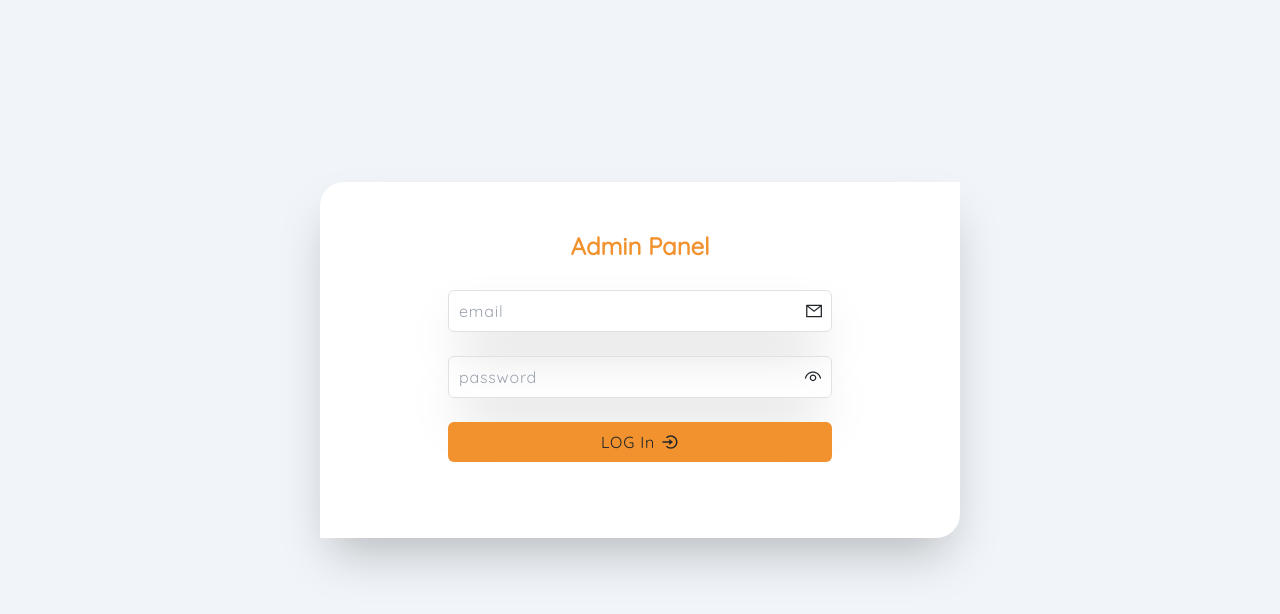
Repository: FlyweisReact/GPS-Tracker
Page: /
The author's editor kept a copy of each file at every save. The page is drawn from the files as they stood at one save, then again after the next save.
The browser window is 1280 px wide. The pictures show the whole page.
Some web libraries are served in a nearby version. The project was rebuilt for these pictures with package versions that can differ from the ones it lists, and the page was loaded fresh each time. Also part of the build but not shown: src/components/pages/Dashboard.jsx, src/components/pages/Customers/Customers.js, src/components/pages/Terms&Condition/Terms.js, src/components/pages/PrivacyPolicy/Privacy.js, src/components/pages/Help/Help.js, src/components/pages/Labours/Labour.js, src/components/pages/GenerateId/GenerateId.js, src/components/pages/Notifications/NotifyLabour.js and 9 more. Imported but missing from the stored project, and not drawn on this page: src/components/layout/HOC, src/components/pages/Cat/Cat, src/components/pages/Payment/Servie.

Above is the page before, as saved 2023-06-30 16:03:07.

After the next save:
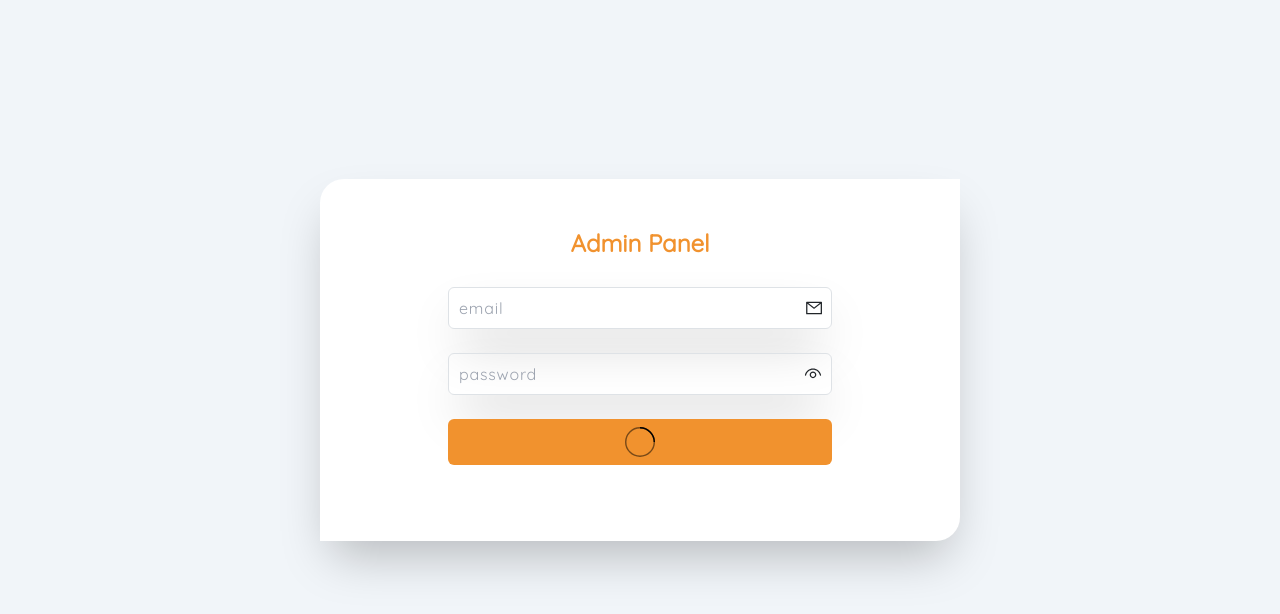
Saved 11 s later.
--- a/src/components/forms/Login.jsx
+++ b/src/components/forms/Login.jsx
@@ -13,7 +13,7 @@
   const [pass, setPass] = useState(false);
   const [inputpass, setInputpass] = useState(false);
   const navigate = useNavigate();
-  const [loading, setLoading] = useState(false);
+  const [loading, setLoading] = useState(true);
 
   const login = async (e) => {
     e.preventDefault();

After the save that followed:
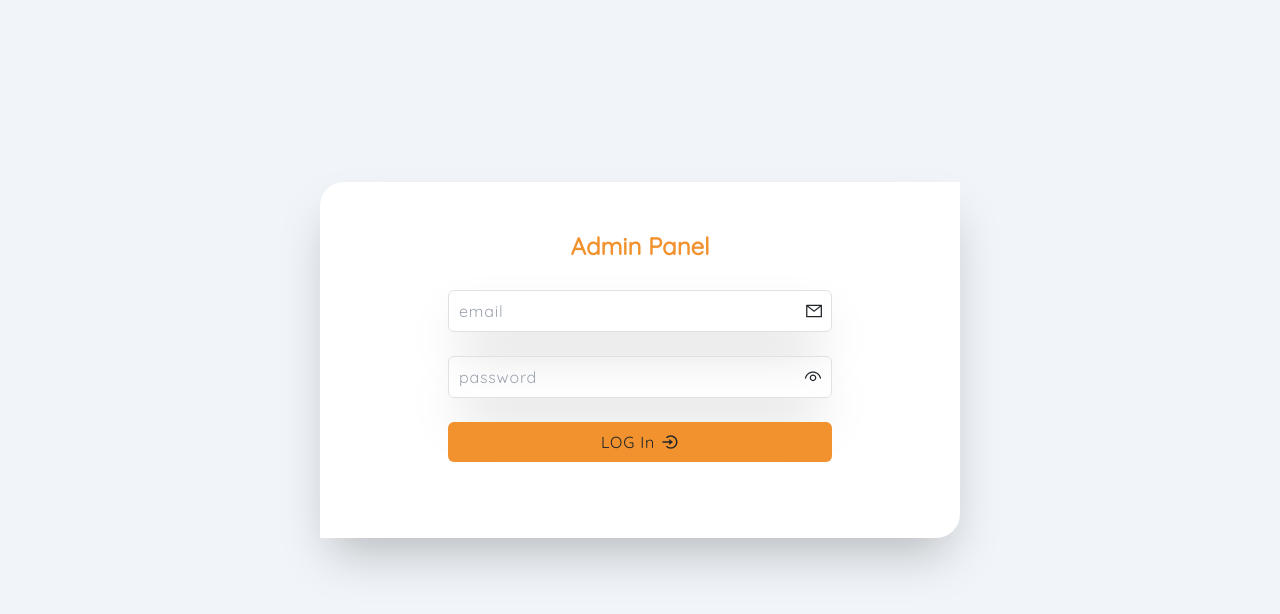
Saved 6 s later.
--- a/src/components/forms/Login.jsx
+++ b/src/components/forms/Login.jsx
@@ -13,7 +13,7 @@
   const [pass, setPass] = useState(false);
   const [inputpass, setInputpass] = useState(false);
   const navigate = useNavigate();
-  const [loading, setLoading] = useState(true);
+  const [loading, setLoading] = useState(false);
 
   const login = async (e) => {
     e.preventDefault();
